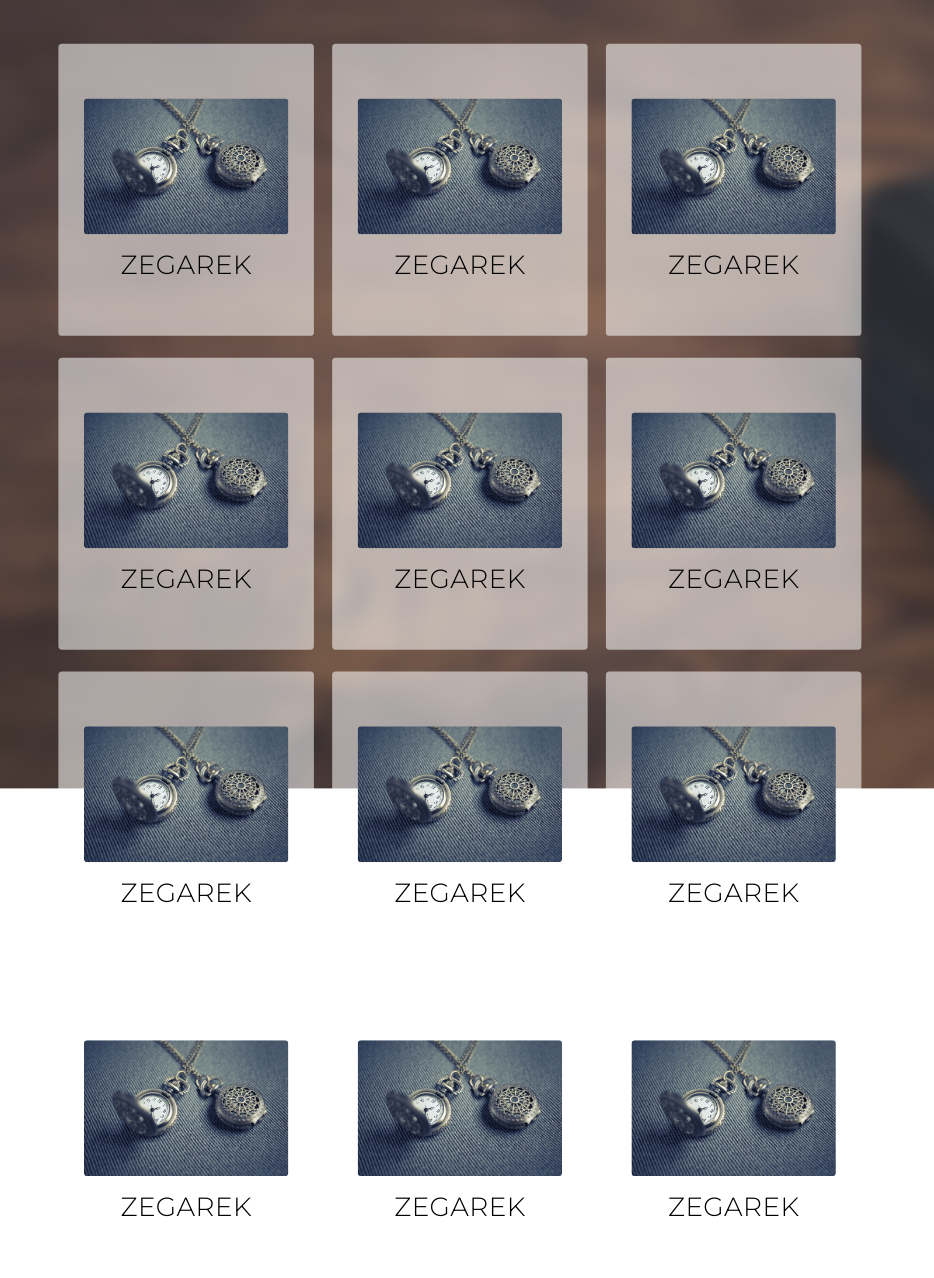
Repository: Rickardo198/prezent
Page: index.html
The author's editor kept a copy of each file at every save. The page is drawn from the files as they stood at one save, then again after the next save.
The browser window is 1280 px wide. The pictures show the whole page, at 73% of full size.

Above is the page before, as saved 2020-10-25 21:31:18.

After the next save:
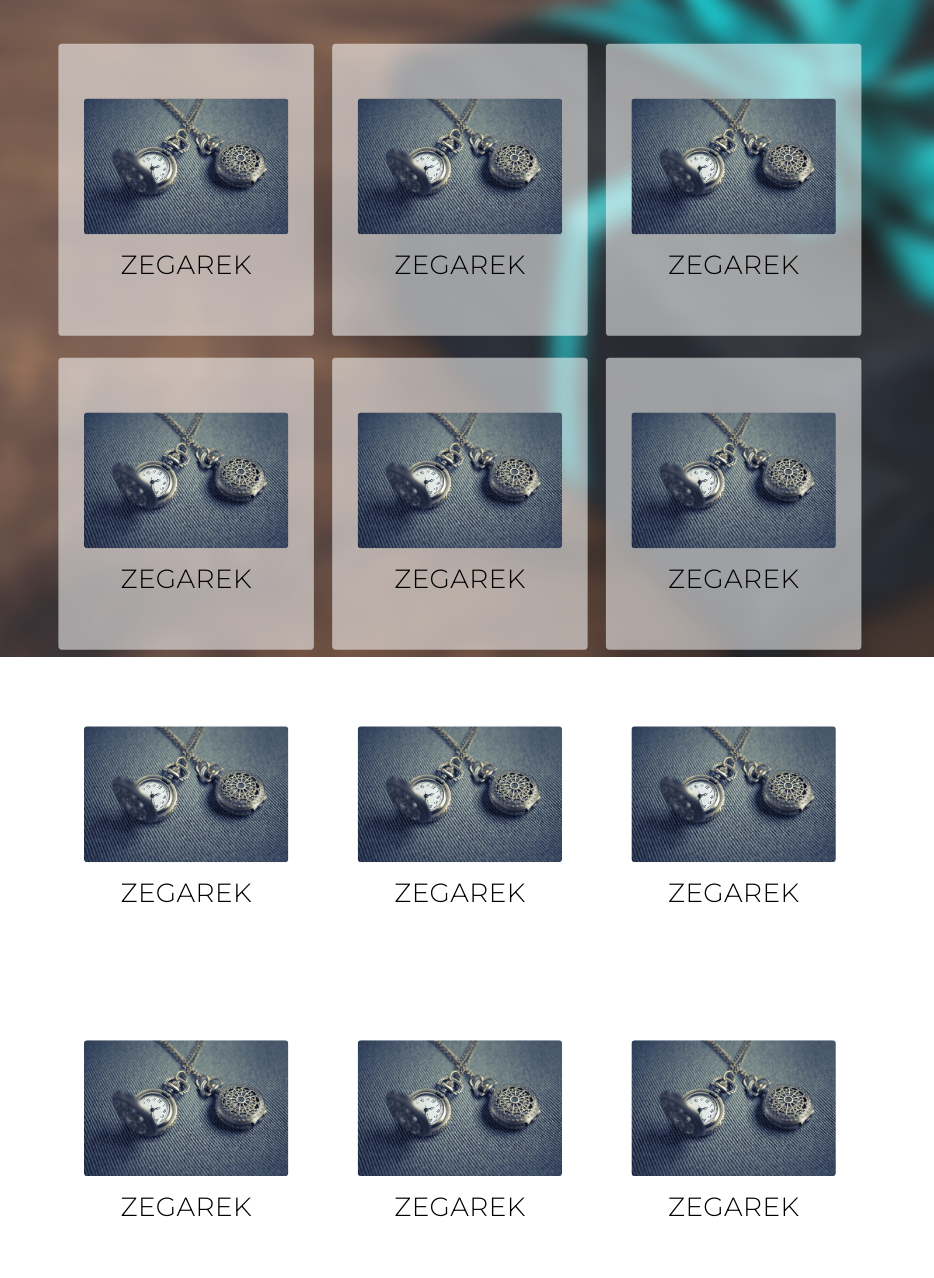
Saved 9 s later.
--- a/index.html
+++ b/index.html
@@ -12,7 +12,7 @@
         body{
             width: calc(100vw - 20px);
             height: 100vh;
-            background: url("bg.png") no-repeat;
+            background: url("bg.png") no-repeat 100%;
             box-sizing: border-box;
             font-family: 'Montserrat', sans-serif;
             display: flex;
